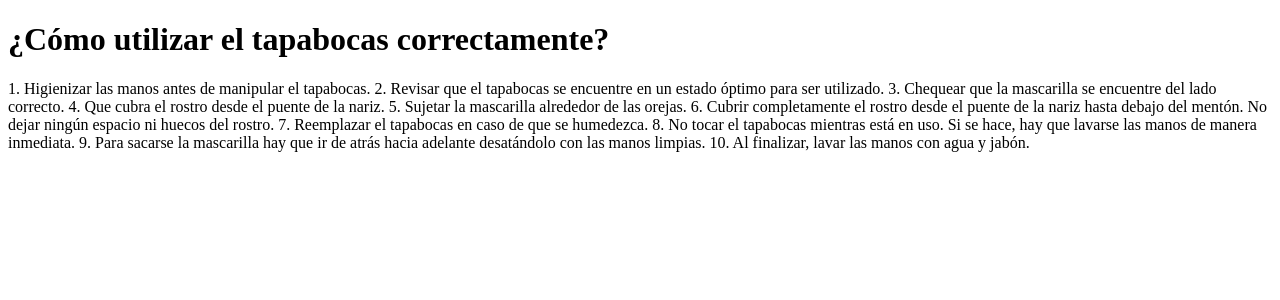
Repository: gustavomanfre/Curso_Front_End_Digitalers
Page: Unidad1/M1 - Laboratorio_01/index.html
These files come from the project's save history. The page is drawn as it stood at one moment and after a run of saves; the edit follows.
The browser window is 1280 px wide. The pictures show the whole page.

Above is the page before, as saved 2022-05-25 18:13:37.

After the next 2 saves:
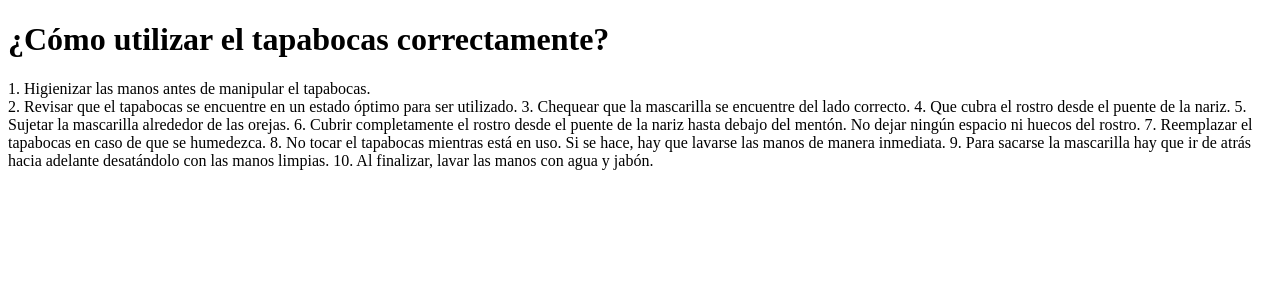
The 2 saves are shown as one change because they came seconds apart.
The last was saved 3 min 32 s later.
--- a/Unidad1/M1 - Laboratorio_01/index.html
+++ b/Unidad1/M1 - Laboratorio_01/index.html
@@ -11,7 +11,7 @@
 
     <p>
 
-        1. Higienizar las manos antes de manipular el tapabocas.
+        1. Higienizar las manos antes de manipular el tapabocas.<br>
         2. Revisar que el tapabocas se encuentre en un estado óptimo para ser utilizado.
         3. Chequear que la mascarilla se encuentre del lado correcto.
         4. Que cubra el rostro desde el puente de la nariz.
